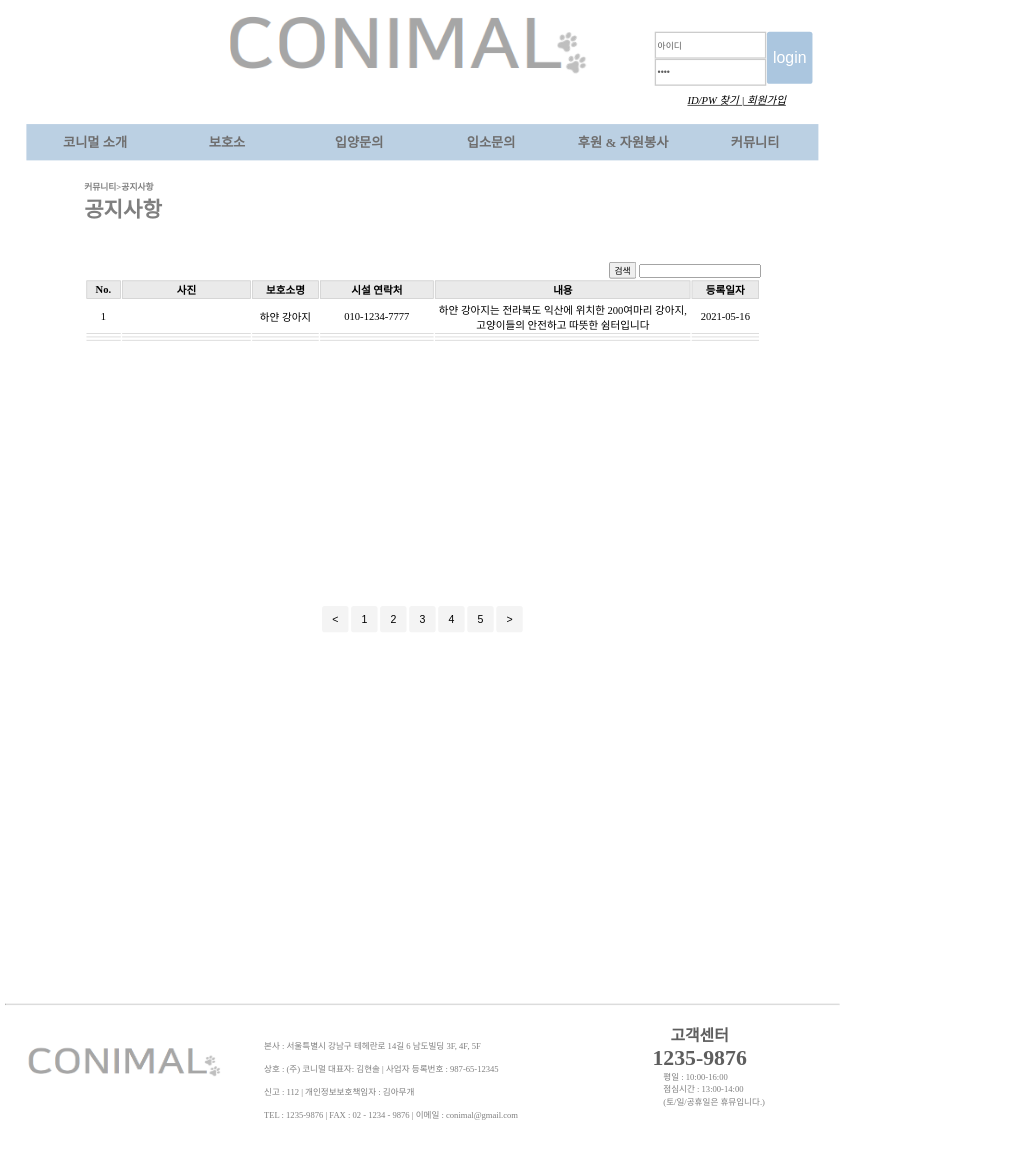
Repository: rlagusthf12/SemiProject
Page: http://localhost/jspProject/views/support/support.jsp
The author's editor kept a copy of each file at every save. The page is drawn from the files as they stood at one save, then again after the next save.
The browser window is 1280 px wide. The page is 1280 px wide, then 1562 px, so the pictures cover 1562 px, including what lies to the right of the window. The pictures show the whole page, at 66% of full size.
The page is served by Tomcat 9.

Above is the page before, as saved 2021-05-18 10:19:05.

After the next save:
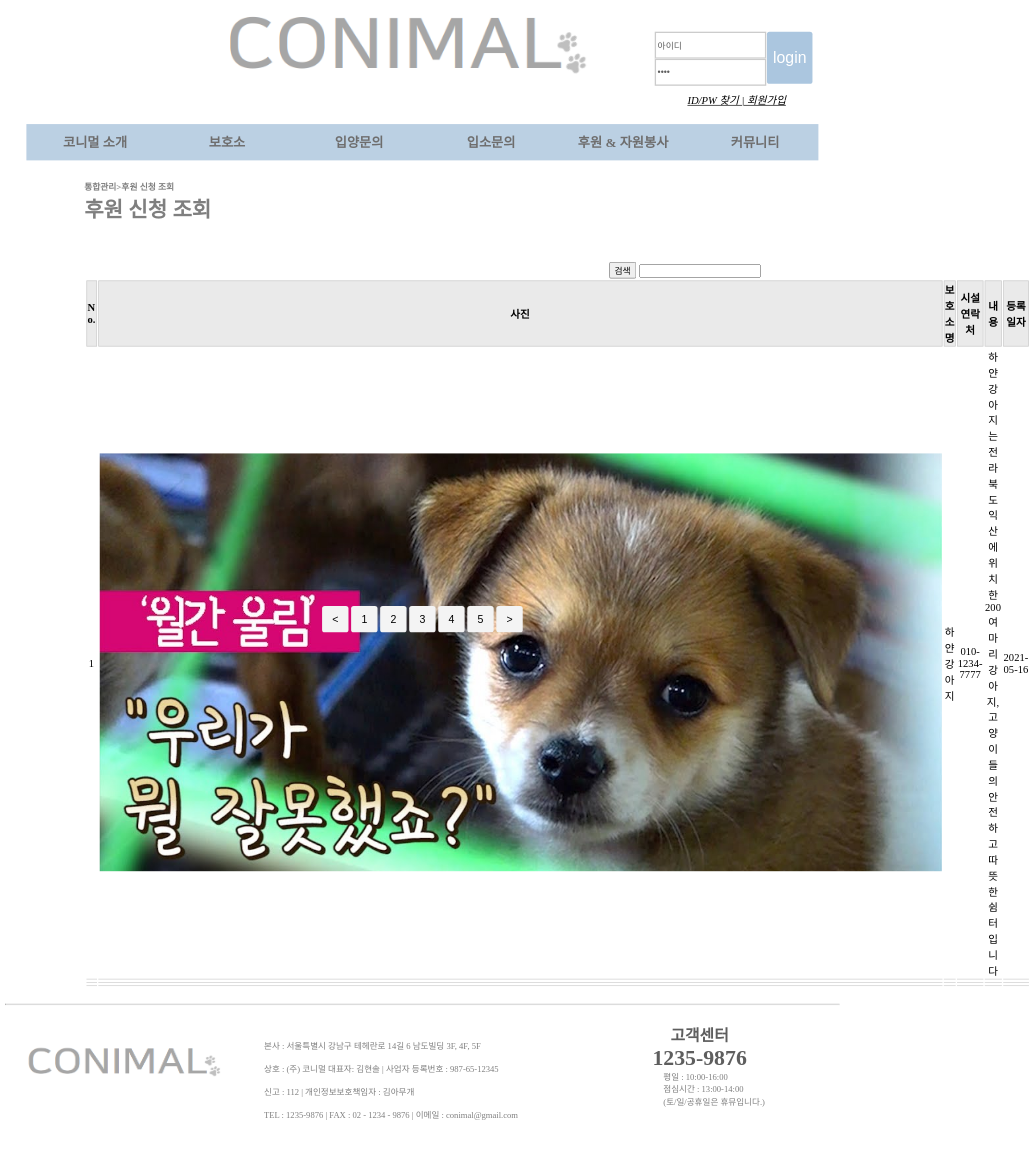
Saved 83 s later.
--- a/jspProject/WebContent/views/support/support.jsp
+++ b/jspProject/WebContent/views/support/support.jsp
@@ -77,8 +77,8 @@
 <%@ include file="../common/menubar.jsp" %>
 <div class="body">
 <div class="head1">
-  <h5>커뮤니티>공지사항</h5>
-  <h1>공지사항</h1>
+  <h5>통합관리>후원 신청 조회</h5>
+  <h1>후원 신청 조회</h1>
 
   </div>
   <div class="head2"align="right">
@@ -102,7 +102,7 @@
             <tbody>
                  <tr>
 		                 <td>1</td>
-		                 <td><img src=""></td>
+		                 <td><img src="resources/images/slide.png" ></td>
 		                 <td>하얀 강아지</td>
 		                 <td>010-1234-7777</td>
 		                 <td>하얀 강아지는 전라북도 익산에 위치한 200여마리 강아지, 고양이들의 안전하고 따뜻한 쉼터입니다</td>
